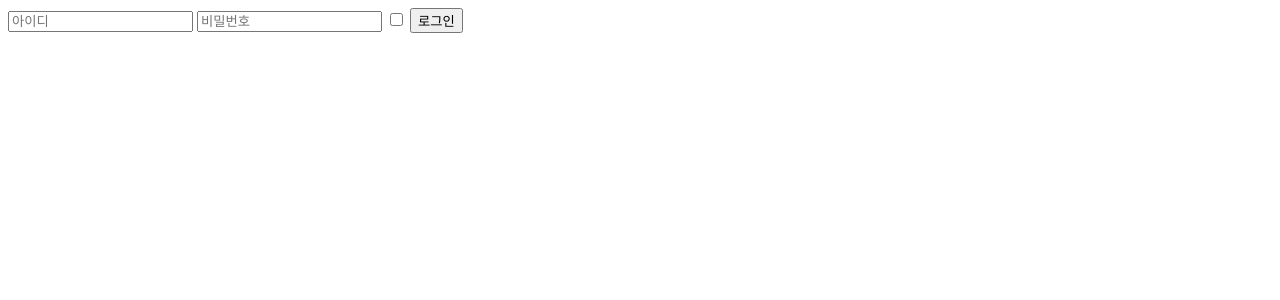
Repository: jjjjjjji-hun/jsp_practice
Page: http://localhost/JSPBasic/jspObject/3.cookie/cookie_login.jsp
These files come from the project's save history. The page is drawn as it stood at one moment and after the next save; the edit follows.
The browser window is 1280 px wide. The pictures show the whole page.
The page is served by Tomcat 9.

Above is the page before, as saved 2022-02-07 01:13:08.

### JSPBasic/src/main/webapp/jspObject/3.cookie/cookie_login.jsp
<%@ page language="java" contentType="text/html; charset=UTF-8"
    pageEncoding="UTF-8"%>
<%
	// 생성된 user_id쿠키를 검색해서 쿠키가 존재한다면
	// 로그인 창 대신에 브라우저에 "이미 로그인한 사용자입니다."
	// 를 출력해주시고, user_id가 없을 때는 로그인 입력창이 등장하도록
	// if~else문을 활용해주세요.

%>
<!DOCTYPE html>
<html>
<head>
<meta charset="UTF-8">
<title>Insert title here</title>
</head>
<body>
<%-- 로그인창은 form으로 구성해주시면 됩니다.
input text 1개(유저 아이디 입력), input password 1개 (비밀번호 입력)
input checkbox 1개 (자동로그인)
목적지는 cookie_login_ok.jsp로 해주세요.--%>
<form action="cookie_login_ok.jsp" method="post">
<input type="text" name="id" placeholder="아이디"/>
<input type="password" name="pw" placeholder="비밀번호"/>
<input type="checkbox" value="자동로그인"/>
<input type="submit" value="로그인"/>
</form>
</body>
</html>

After the next save:
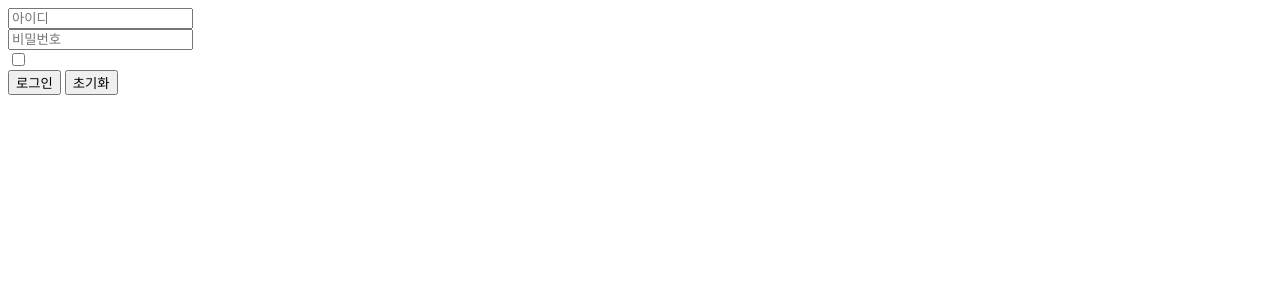
Saved 6 min 59 s later.
--- a/JSPBasic/src/main/webapp/jspObject/3.cookie/cookie_login.jsp
+++ b/JSPBasic/src/main/webapp/jspObject/3.cookie/cookie_login.jsp
@@ -18,11 +18,12 @@
 input text 1개(유저 아이디 입력), input password 1개 (비밀번호 입력)
 input checkbox 1개 (자동로그인)
 목적지는 cookie_login_ok.jsp로 해주세요.--%>
-<form action="cookie_login_ok.jsp" method="post">
-<input type="text" name="id" placeholder="아이디"/>
-<input type="password" name="pw" placeholder="비밀번호"/>
-<input type="checkbox" value="자동로그인"/>
-<input type="submit" value="로그인"/>
-</form>
+	<form action="cookie_login_ok.jsp" method="post">
+	<input type="text" name="userId" placeholder="아이디"/><br/>
+	<input type="password" name="userPw" placeholder="비밀번호"/><br/>
+	<input type="checkbox" name="auto" value="자동로그인"/><br/>
+	<input type="submit" value="로그인"/>
+	<input type="reset" value="초기화"/>
+	</form>
 </body>
 </html>
